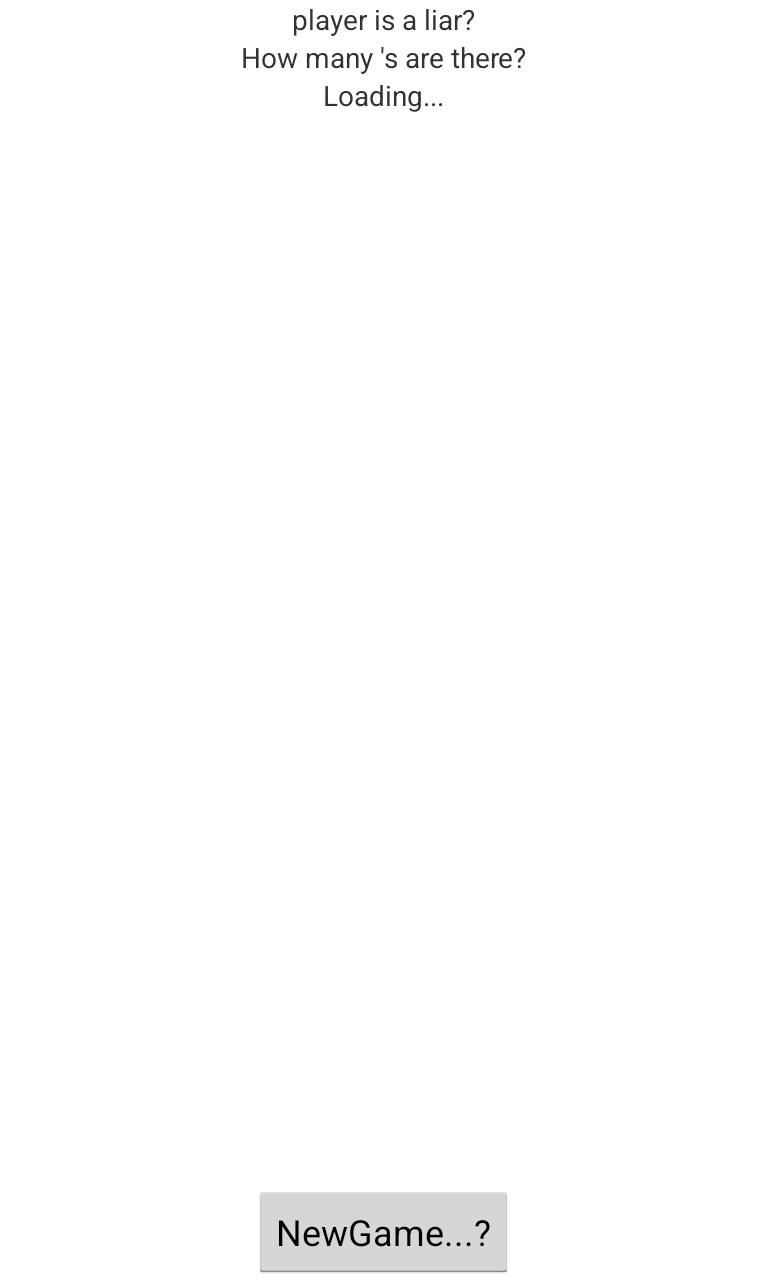
Repository: RayyLim/LiarPoker
Layout: LiarPoker/res/layout/result_main.xml
The author's editor kept a copy of each file at every save. The layout is drawn from the files as they stood at one save, then again after the next save.
It is drawn on a 768 x 1280 px phone screen (xhdpi) without system bars, with theme AppTheme; the app's code is not run.

Above is the layout before, as saved 2012-07-22 18:07:01.

### LiarPoker/res/layout/result_main.xml
<?xml version="1.0" encoding="utf-8"?>
<LinearLayout xmlns:android="http://schemas.android.com/apk/res/android"
    android:layout_width="match_parent"
    android:layout_height="match_parent"
    android:orientation="vertical" >

    <LinearLayout
        android:layout_gravity="center_horizontal"
        android:layout_width="wrap_content"
        android:layout_height="wrap_content" >

        <TextView
            android:id="@+id/lastplayer"
            android:layout_width="wrap_content"
            android:layout_height="wrap_content"
            android:text="player" />

        <TextView
            android:layout_width="wrap_content"
            android:layout_height="wrap_content"
            android:text=" is a " />

        <TextView
            android:id="@+id/lyingOrNot"
            android:layout_width="wrap_content"
            android:layout_height="wrap_content"
            android:text="liar?" />
    </LinearLayout>

    <LinearLayout
        android:layout_gravity="center_horizontal"
        android:id="@+id/lyingLayout"
        android:layout_width="wrap_content"
        android:layout_height="wrap_content"
        android:orientation="vertical" >

        <LinearLayout
            android:layout_width="wrap_content"
            android:layout_height="wrap_content" >

            <TextView
                android:layout_width="wrap_content"
                android:layout_height="wrap_content"
                android:text="How many " />

            <TextView
                android:id="@+id/lastNumberText"
                android:layout_width="wrap_content"
                android:layout_height="wrap_content"
                android:text="" />

            <TextView
                android:layout_width="wrap_content"
                android:layout_height="wrap_content"
                android:text="&apos;s are there?" />
        </LinearLayout>

        <TableLayout
            android:id="@+id/resultTable"
            android:layout_width="wrap_content"
            android:layout_height="wrap_content"
            android:layout_gravity="center_horizontal">
        </TableLayout>
    </LinearLayout>

    <TextView
        android:id="@+id/winLoseText"
        android:layout_width="wrap_content"
        android:layout_height="wrap_content"
        android:layout_weight="0.99"
        android:layout_gravity="center_horizontal"
        android:text="Loading..." />

    <Button
        android:id="@+id/newGameButton"
        android:layout_width="wrap_content"
        android:layout_height="wrap_content"
        android:onClick="NewGameClick"
        android:layout_gravity="center_horizontal"
        android:text="NewGame...?" />

</LinearLayout>

Loaded but not shown: LiarPoker/res/values-v11/styles.xml (common file); LiarPoker/res/values-v14/styles.xml (common file); LiarPoker/res/values/styles.xml (common file)

After the next save:
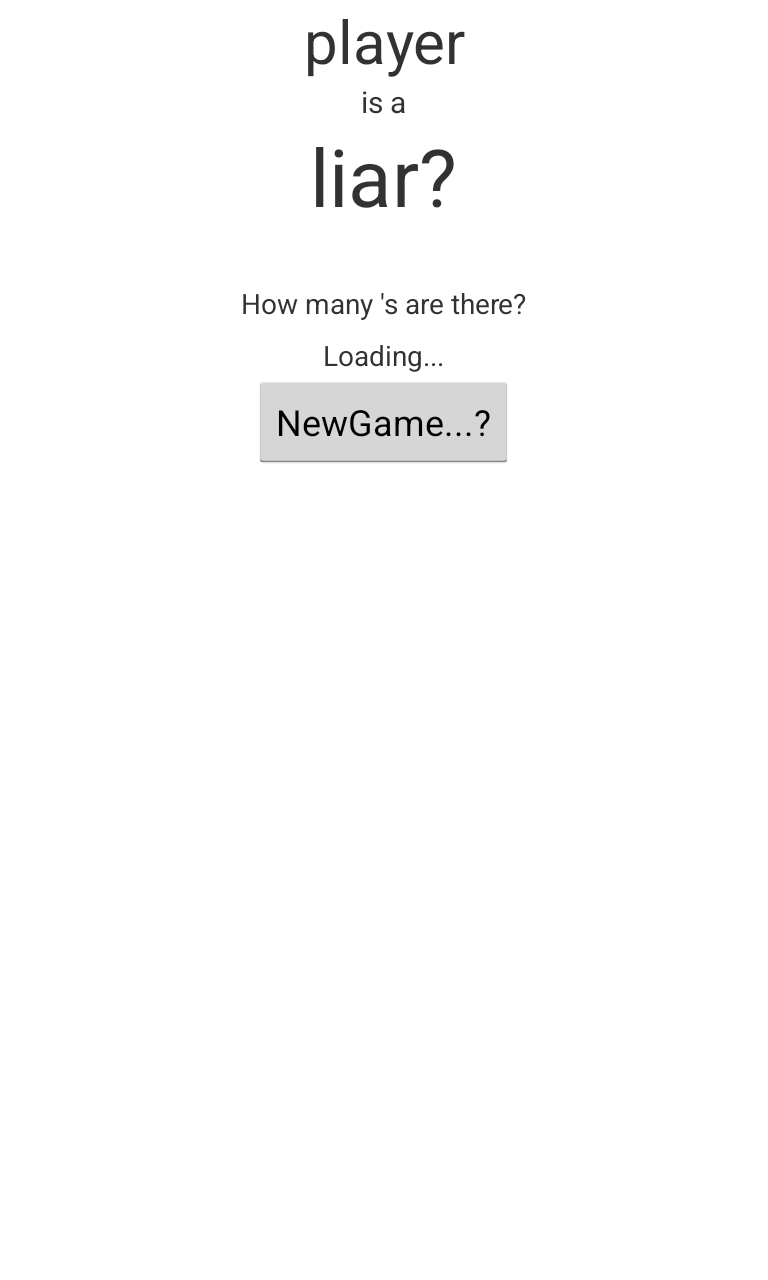
Saved 5 min 16 s later.
--- a/LiarPoker/res/layout/result_main.xml
+++ b/LiarPoker/res/layout/result_main.xml
@@ -4,34 +4,53 @@
     android:layout_height="match_parent"
     android:orientation="vertical" >
 
+
+
     <LinearLayout
+        android:layout_width="wrap_content"
+        android:layout_height="wrap_content"
         android:layout_gravity="center_horizontal"
-        android:layout_width="wrap_content"
-        android:layout_height="wrap_content" >
+        android:gravity="center_horizontal"
+        android:orientation="vertical" >
+
+
+
 
         <TextView
             android:id="@+id/lastplayer"
             android:layout_width="wrap_content"
             android:layout_height="wrap_content"
-            android:text="player" />
+            android:gravity="center_horizontal"
+            android:text="player"
+            android:textSize="30" />
+
+
 
         <TextView
             android:layout_width="wrap_content"
             android:layout_height="wrap_content"
-            android:text=" is a " />
+            android:gravity="center_horizontal"
+            android:text=" is a "
+            android:textSize="15" />
+
+
 
         <TextView
             android:id="@+id/lyingOrNot"
             android:layout_width="wrap_content"
             android:layout_height="wrap_content"
-            android:text="liar?" />
+            android:layout_gravity="center_horizontal"
+            android:text="liar?"
+            android:textSize="40" />
+
     </LinearLayout>
 
+
     <LinearLayout
-        android:layout_gravity="center_horizontal"
         android:id="@+id/lyingLayout"
         android:layout_width="wrap_content"
         android:layout_height="wrap_content"
+        android:layout_gravity="center_horizontal"
         android:orientation="vertical" >
 
         <LinearLayout
@@ -47,7 +66,8 @@
                 android:id="@+id/lastNumberText"
                 android:layout_width="wrap_content"
                 android:layout_height="wrap_content"
-                android:text="" />
+                android:text=""
+                android:textSize="40" />
 
             <TextView
                 android:layout_width="wrap_content"
@@ -55,19 +75,23 @@
                 android:text="&apos;s are there?" />
         </LinearLayout>
 
+
+
         <TableLayout
             android:id="@+id/resultTable"
             android:layout_width="wrap_content"
-            android:layout_height="wrap_content"
-            android:layout_gravity="center_horizontal">
+            android:layout_height="match_parent"
+            android:layout_gravity="center_horizontal"
+            android:layout_weight="8.31" >
+
         </TableLayout>
     </LinearLayout>
+
 
     <TextView
         android:id="@+id/winLoseText"
         android:layout_width="wrap_content"
         android:layout_height="wrap_content"
-        android:layout_weight="0.99"
         android:layout_gravity="center_horizontal"
         android:text="Loading..." />
 
